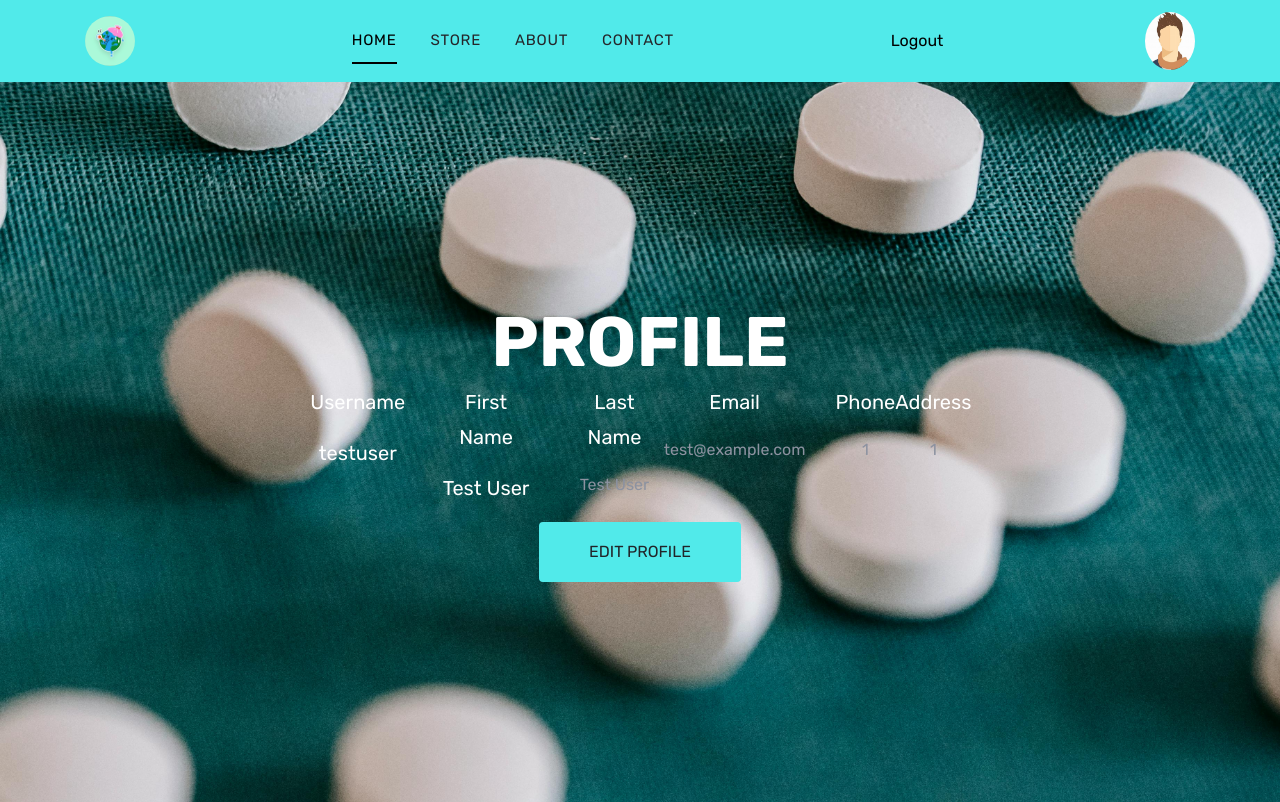
Repository: Argivist/Web-Doctor
Page: http://localhost/view/profile.php
These files come from the project's save history. The page is drawn as it stood at one moment and after the next save; the edit follows.
The browser window is 1280 px wide. The pictures show the whole page.
Some web fonts or font styles are not loaded; a fallback is used. The page is run by PHP 8.4 with error messages shown; the project is at /var/www/html/. The session is filled in as if someone had signed in: {"id": 1, "username": "testuser", "fname": "Test User", "lname": "Test User", "email": "test@example.com", "phone": 1, "address": 1}. Other server files are loaded and not shown.

Above is the page before, as saved 2024-02-20 21:13:25.

### view/profile.php
<?php
include "../settings/connection.php";
session_start();
// if (!isset($_SESSION['id'])) {
//     header("Location: ../login/login.php");
// }
?>
<!DOCTYPE html>
<html lang="en">

<head>
    <meta charset="UTF-8">
    <meta name="viewport" content="width=device-width, initial-scale=1.0">
    <title>Document</title>


    <link href="https://fonts.googleapis.com/css?family=Rubik:400,700|Crimson+Text:400,400i" rel="stylesheet">
    <link rel="stylesheet" href="fonts/icomoon/style.css">
    <link rel="stylesheet" href="../css/bootstrap.min.css">
    <link rel="stylesheet" href="../css/magnific-popup.css">
    <link rel="stylesheet" href="../css/jquery-ui.css">
    <link rel="stylesheet" href="../css/owl.carousel.min.css">
    <link rel="stylesheet" href="../css/owl.theme.default.min.css">
    <link rel="stylesheet" href="../css/style.css">
    <link rel="stylesheet" href="../css/aos.css">
</head>

<body>
    <div class="site-wrap">

        <!--Navigation Bar-->
        <div class="site-navbar bg-primary py-2">
            <div class="container">
                <div class="d-flex align-items-center justify-content-between">
                    <div class="logo">
                        <div class="site-logo">
                            <a href="home.php" class="js-logo-clone"><img src="../img/logo/logo.png" style="width:50px; border-radius:50px;" alt="logo" /></a>
                        </div>
                    </div>
                    <div class="main-nav d-lg-block">
                        <nav class="site-navigation text-right text-md-center" role="navigation">
                            <ul class="site-menu js-clone-nav d-lg-block">
                                <li class="active"><a href="home.php">Home</a></li>
                                <li><a href="shop.php">Store</a></li>
                                <li><a href="aboutus.html">About</a></li>
                                <li><a href="contact.html">Contact</a></li>
                            </ul>
                        </nav>
                    </div>
                    <?php
                    if (isset($_SESSION['id'])) {
                        echo "<div class='logout'><a href='../actions/logout.php'>Logout</a></div>";
                    } else {
                        echo "<div class='login'><a href='../login/login.php'>Sign in</a></div>";
                    } ?>
                    <div class="profile">
                        <a href="
                        <?php
                        if (isset($_SESSION['id'])) {
                            echo "profile.php";
                        } else {
                            echo "../login/login.php";
                        }
                        ?>
                        "><img src="
                        <?php
                        if (isset($_SESSION['id'])) {
                            echo "../img/profile.jpg";
                        } else {
                            echo "../img/default_profile.jpg";
                        }
                        ?>
                        " alt="Image" class="rounded-circle" style="width:50px; border-radius:50px;"></a>
                    </div>
                </div>
            </div>
        </div>

        <!--Main Content-->
        <!--Image By: Photo by Alex Green: https://www.pexels.com/photo/pile-of-white-spilled-pills-5699514/-->
        <div class="site-blocks-cover" style="background-image: url('../img/background/pharmacy_1.jpg');">
            <div class="container">
                <div class="row">
                    <div class="col-lg-7 mx-auto order-lg-2 align-self-center">
                        <div class="site-block-cover-content text-center">
                            <!--Profile page-->
                            <h1 class="mb-0">Profile</h1>
                            <div class="row justify-content-center">
                                <div class="row">
                                    <div class="col">
                                        <p>Username</p><p><?php
                                                        echo $_SESSION['username'];
                                                        ?></p>
                                    </div>
                                    <div class="col">
                                        <p>First Name</p><p><?php
                                                            echo $_SESSION['fname'];
                                                            ?></p>
                                    </div>
                                    <div class="col">
                                        <p>Last Name</p><?php
                                                        echo $_SESSION['lname'];
                                                        ?>
                                    </div>
                                </div>
                                <div class="row">
                                    <div class="col">
                                        <p>Email</p><?php
                                                    echo $_SESSION['email'];
                                                    ?>
                                    </div>
                                    <div class="col">
                                        <p>Phone</p><?php
                                                    echo $_SESSION['phone'];
                                                    ?>
                                    </div>
                                </div>
                                <div class="row">
                                    <div class="col">
                                        <p>Address</p><?php
                                                        echo $_SESSION['address'];
                                                        ?>
                                    </div>
                                </div>
                                <div class="row">
                                    <div class="col">
                                        <a href="edit_profile.php" class="btn btn-primary px-5 py-3">Edit Profile</a>
                                    </div>
                            </div>
                        </div>
                    </div>
                </div>
            </div>
</body>

</html>

### settings/connection.php
<?php
$server="localhost:3307";
$user="root";
$passwd="root";
$db="web_doc";

$conn=mysqli_connect($server,$user,$passwd,$db) or die("Connection failed :: ".$conn->error);
?>

Loaded but not shown: css/bootstrap.min.css (library); css/magnific-popup.css (library); css/jquery-ui.css (library); css/owl.carousel.min.css (common file); css/owl.theme.default.min.css (common file); css/aos.css (library); css/style.css (1125 lines, source omitted)

After the next save:
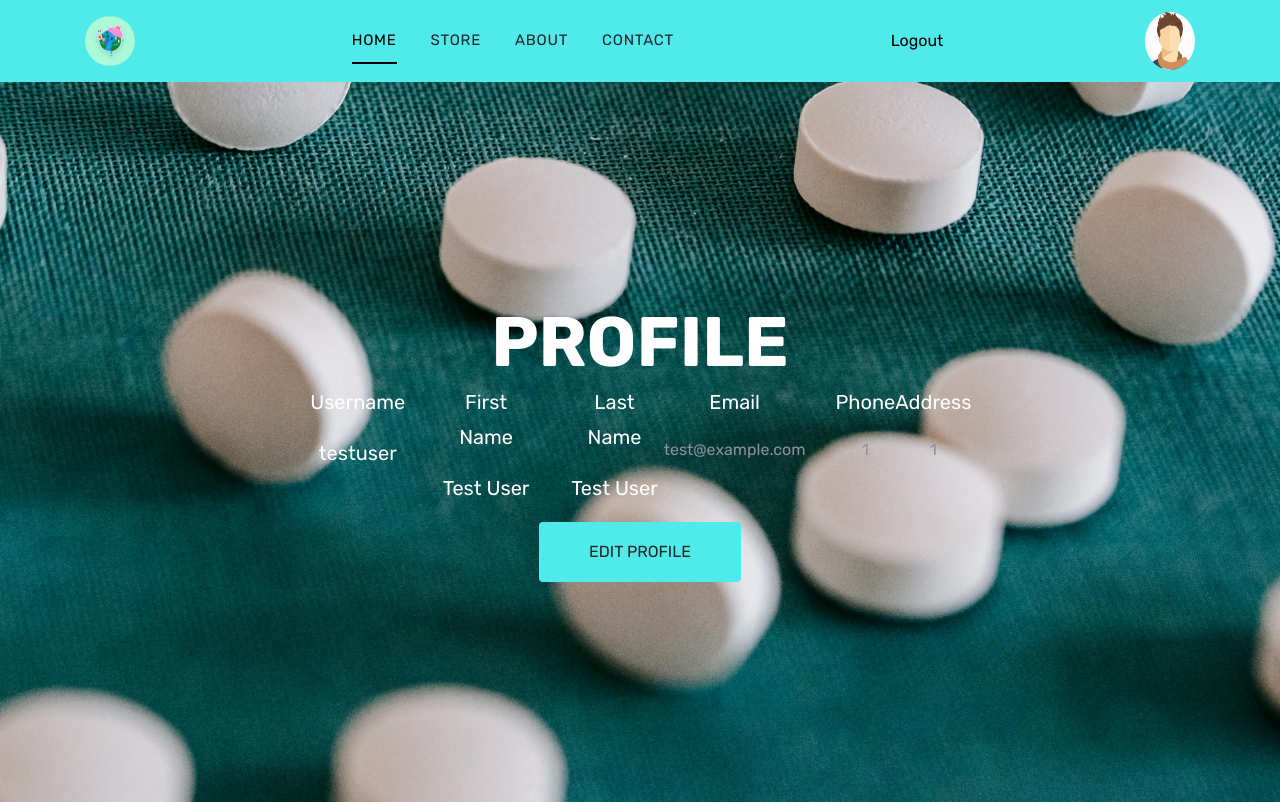
Saved 62 s later.
--- a/view/profile.php
+++ b/view/profile.php
@@ -98,9 +98,9 @@ session_start();
                                                             ?></p>
                                     </div>
                                     <div class="col">
-                                        <p>Last Name</p><?php
-                                                        echo $_SESSION['lname'];
-                                                        ?>
+                                        <p>Last Name</p><p><?php
+                                                            echo $_SESSION['lname'];
+                                                            ?></p>
                                     </div>
                                 </div>
                                 <div class="row">
